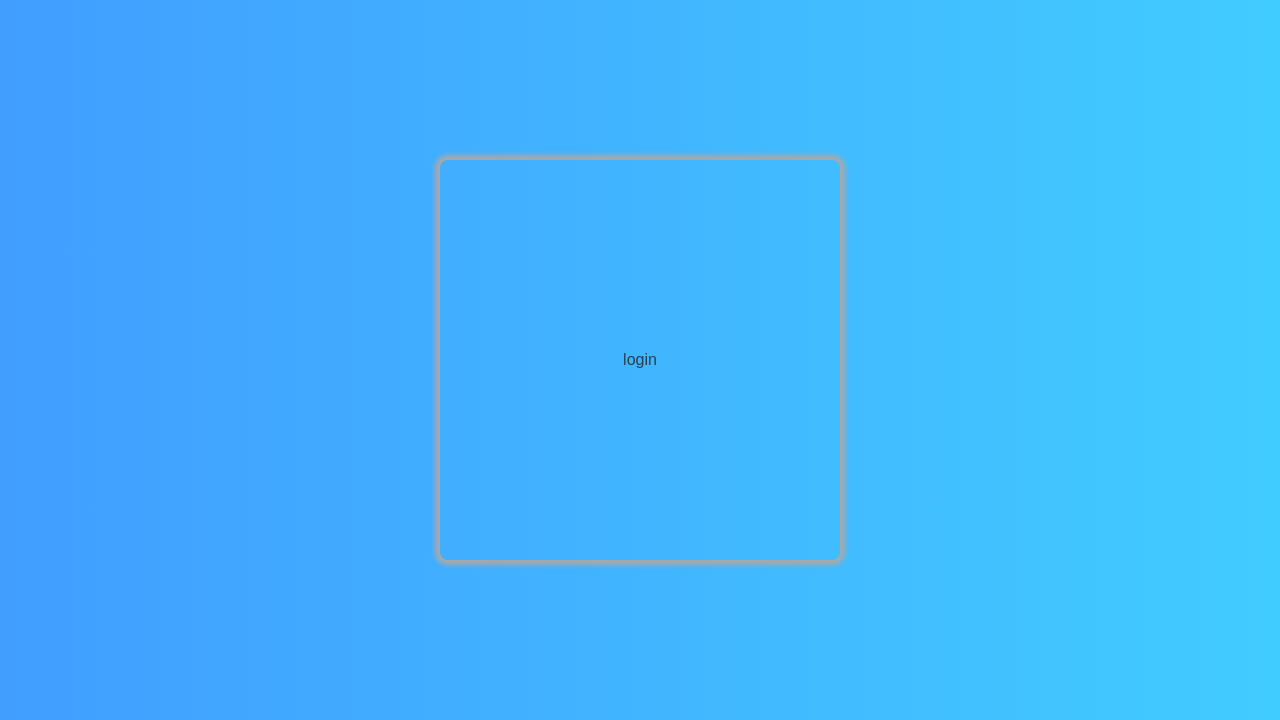
Repository: omsGroup/oms
Page: /#/systemSetting
The author's editor kept a copy of each file at every save. The page is drawn from the files as they stood at one save, then again after a run of saves.
The browser window is 1280 px wide. The pictures show the whole page.
The project was rebuilt for these pictures with package versions that can differ from the ones it lists, and the page was loaded fresh each time.

Above is the page before, as saved 2018-09-02 20:52:49.

After the next 2 saves:
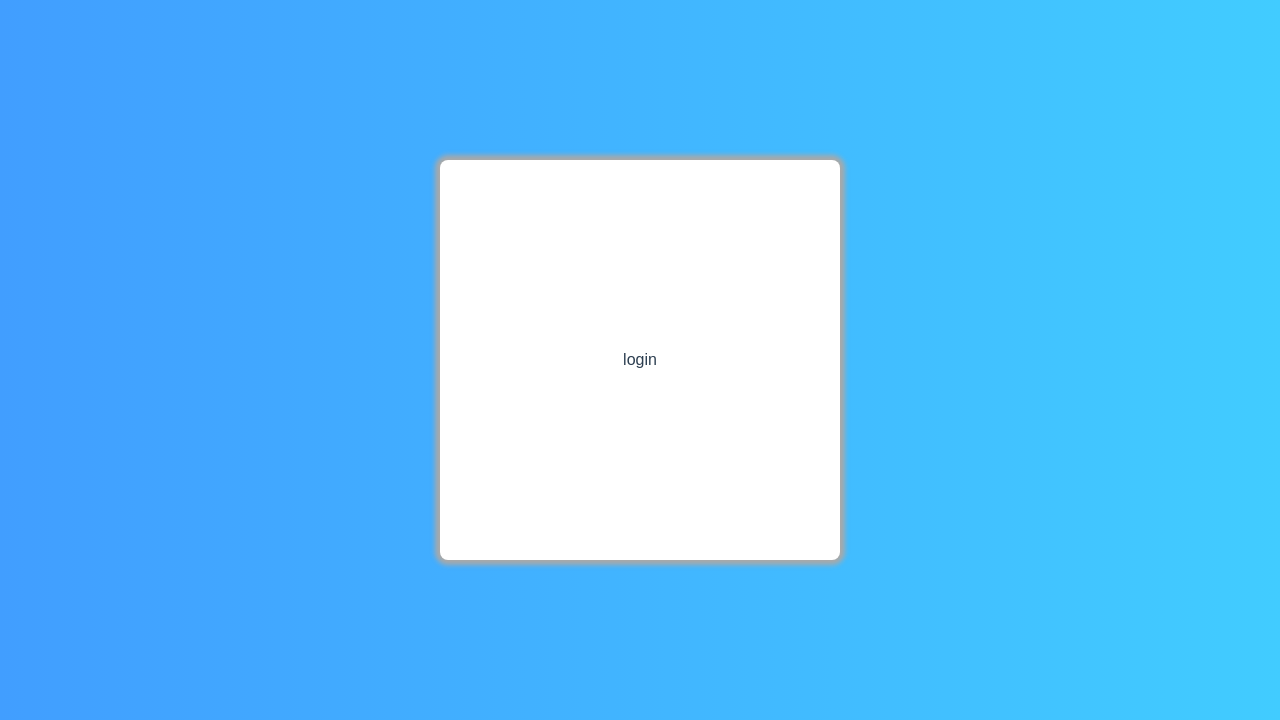
The 2 saves are shown as one change because 1 did not build or start.
The last was saved 17 s later.
--- a/src/components/login.vue
+++ b/src/components/login.vue
@@ -57,6 +57,7 @@ export default {
             // border:1px solid #999;
             border-radius:8px;
             box-shadow: darkgrey 0px 0px 5px 5px;
+            background:#fff;
         }
     }
 
